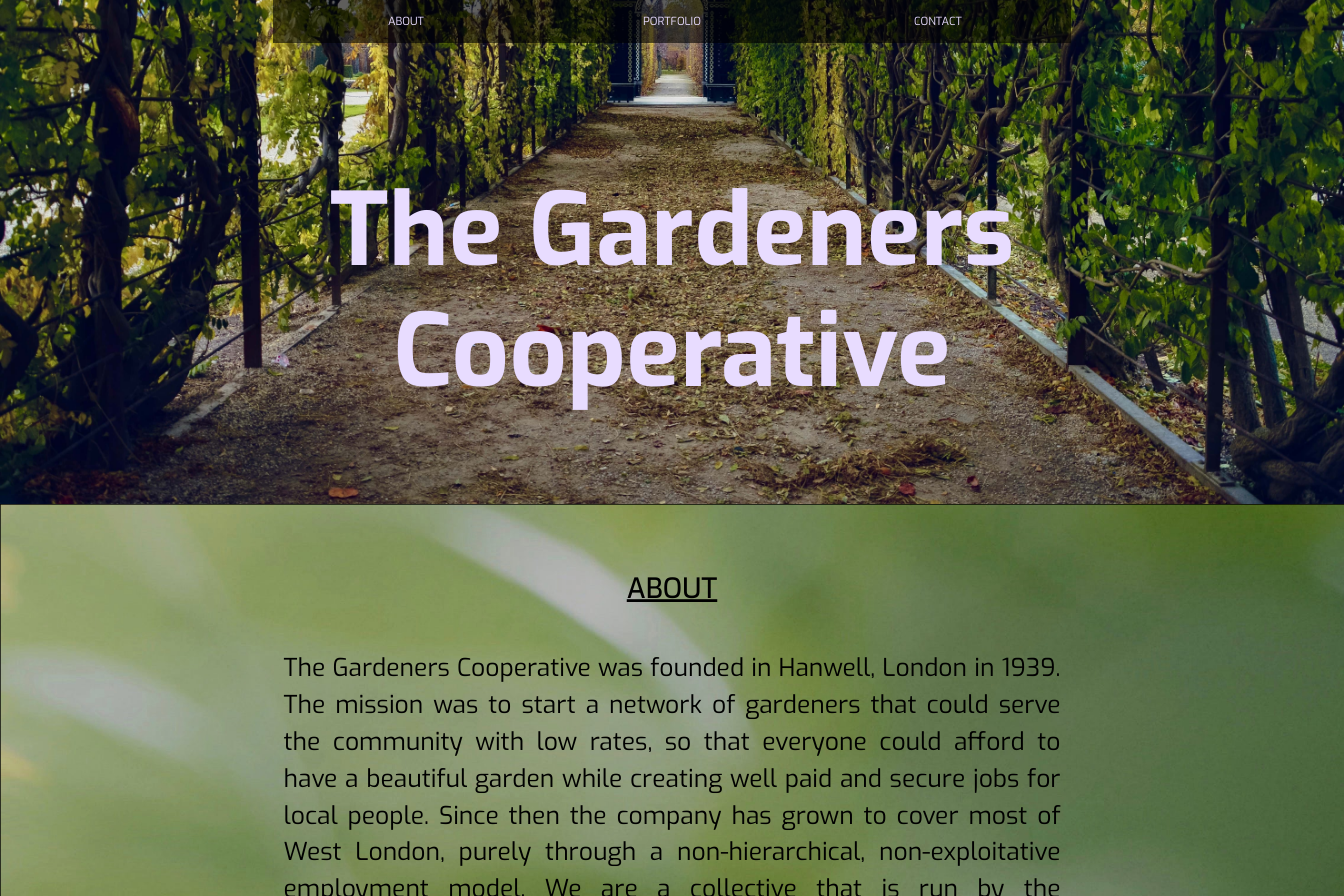
Repository: harrypars0ns/milestone-project
Page: index.html
The author's editor kept a record of every edit. The page is drawn from the files as they stood at one moment, then again after the next edit.
The browser window is 1920 px wide. The pictures show the part of the page from y = 0 to 1280 px (the page is 3371 px tall), at 70% of full size.
Backgrounds fixed to the window are drawn as part of the page.

Above is the page before.

### index.html
<!DOCTYPE html>
<html lang="en">

<head>
    <meta charset="UTF-8">
    <meta name="viewport" content="width=device-width, initial-scale=1.0">
    <meta http-equiv="X-UA-Compatible" content="ie=edge">
    <link rel="stylesheet" href="https://stackpath.bootstrapcdn.com/bootstrap/4.3.1/css/bootstrap.min.css" type="text/css" />
    <link rel="stylesheet" href="https://stackpath.bootstrapcdn.com/font-awesome/4.7.0/css/font-awesome.min.css" type="text/css" />
    <link rel="stylesheet" href="assets/css/style.css" type="text/css" />
    <title>Milestone</title>
</head>

<body>
    <!--NAV&LANDING-->

    <section class="landing">

        <nav class="fixed-top container">
            <div class="row">
                <div class="col-4">
                    <a href="#about">ABOUT</a>
                </div>
                <div class="col-4">
                    <a href="#portfolio">PORTFOLIO</a>
                </div>
                <div class="col-4">
                    <a href="#contact">CONTACT</a>
                </div>
            </div>
        </nav>

    <!--TITLE-->

        <section id="landing" class="view">
            <div class="mask rgba-black-strong">
                <div class="container-fluid d-flex align-items-center justify-content-center h-100">
                    <div class="content row d-flex justify-content-center text-center">
                        <div class="col-md-10 shift">
                            <h2 class="font-weight-bold pt-5 mb-2">The Gardeners Cooperative</h2>
                            <h4>Ealing & Hanwell Landscape Gardeners</h4>
                        </div>
                    </div>
                </div>
            </div>
        </section>
    </section>

    <!--ABOUT, this is a flexible section, this is so it doesnt matter how much content you put in here it will remain responsive.-->

    <div class="about" id="about">

        <section class="info text-center">
            <div class="">
                <h1>ABOUT</h1>
            </div>

            <div class="container">
                <div class="row">
                    <div class="col">
                        <p>The Gardeners Cooperative was founded in Hanwell, London in 1939. The mission was to start a network of gardeners that could serve the community with low rates, so that everyone could afford to have a beautiful garden while creating
                            well paid and secure jobs for local people. Since then the company has grown to cover most of West London, purely through a non-hierarchical, non-exploitative employment model. We are a collective that is run by the community,
                            for the community.</p>
                    </div>
                </div>
            </div>
        </section>

     <!--***BOOTSTRAP-CAROUSEL*** PORTFOLIO, Using a carousel to display more images while taking up less space.-->

        <hr id="portfolio">

        <div class="container-fluid portfolio">
            <div class="text-center">
                <h1>PORTFOLIO</h1>
            </div>
            <div class="portfolio">
                <div id="carouselExampleIndicators" class="carousel slide" data-ride="carousel">
                    <ol class="carousel-indicators">
                        <li data-target="#carouselExampleIndicators" data-slide-to="0" class="active"></li>
                        <li data-target="#carouselExampleIndicators" data-slide-to="1"></li>
                        <li data-target="#carouselExampleIndicators" data-slide-to="2"></li>
                        <li data-target="#carouselExampleIndicators" data-slide-to="3"></li>
                        <li data-target="#carouselExampleIndicators" data-slide-to="4"></li>
                        <li data-target="#carouselExampleIndicators" data-slide-to="5"></li>
                        <li data-target="#carouselExampleIndicators" data-slide-to="6"></li>
                        <li data-target="#carouselExampleIndicators" data-slide-to="7"></li>
                        <li data-target="#carouselExampleIndicators" data-slide-to="8"></li>

                    </ol>
                    <div class="carousel-inner">
                        <div class="carousel-item active">
                            <img class="d-block w-100 responsive" src="assets/images/carousel/carousel-1.jpg" alt="First slide">
                        </div>
                        <div class="carousel-item">
                            <img class="d-block w-100 responsive" src="assets/images/carousel/carousel-2.jpg" alt="Second slide">
                        </div>
                        <div class="carousel-item">
                            <img class="d-block w-100 responsive" src="assets/images/carousel/carousel-3.jpg" alt="Third slide">
                        </div>
                        <div class="carousel-item">
                            <img class="d-block w-100 responsive" src="assets/images/carousel/carousel-4.jpg" alt="Fourth slide">
                        </div>
                        <div class="carousel-item">
                            <img class="d-block w-100 responsive" src="assets/images/carousel/carousel-5.jpg" alt="Fifth slide">
                        </div>
                        <div class="carousel-item">
                            <img class="d-block w-100 responsive" src="assets/images/carousel/carousel-6.jpg" alt="Sixth slide">
                        </div>
                        <div class="carousel-item">
                            <img class="d-block w-100 responsive" src="assets/images/carousel/carousel-7.jpg" alt="Seventh slide">
                        </div>
                        <div class="carousel-item">
                            <img class="d-block w-100 responsive" src="assets/images/carousel/carousel-8.jpg" alt="Eighth slide">
                        </div>
                        <div class="carousel-item">
                            <img class="d-block w-100 responsive" src="assets/images/carousel/carousel-9.jpg" alt="Nninth slide">
                        </div>
                    </div>
                    <a class="carousel-control-prev" href="#carouselExampleIndicators" role="button" data-slide="prev">
                        <span class="carousel-control-prev-icon" aria-hidden="true"></span>
                        <span class="sr-only">Previous</span>
                    </a>
                    <a class="carousel-control-next" href="#carouselExampleIndicators" role="button" data-slide="next">
                    <span class="carousel-control-next-icon" aria-hidden="true"></span>
                    <span class="sr-only">Next</span>
                    </a>
                </div>
            </div>
        </div>
    </div>

    <!--CONTACT-->

    <div class="contact" id="contact">

        <section class="container-fluid">
            <div class="row form-page">
                <div class="col">
                    <div class="contact-info">
                        <h5 class="contact-heading question">Need information, a quote or making an enquiry?</h5>
                        <h2 class="contact-heading">Get in touch</h2>
                    </div>
                    <div class="form">
                        <form>
                            <input type="text" name="name" id="fullname" class="form-control" placeholder="Name" required/>
                            <input type="email" name="email" id="email" class="form-control" placeholder="Email" required/>
                            <textarea rows="5" name="message" id="message" class="form-control" placeholder="Message" required></textarea>
                            <div class="submit">
                                <input id="submit" type="submit" value="Submit" />
                            </div>
                        </form>
                    </div>
                </div>
            </div>
        </section>

    <!--***FONTAWESOME-ICONS*** FOOTER-->

        <footer class="footer" id="footer">
            <a href="#" class="fa inner fa-twitter" target="_blank"></a>
            <a href="#" class="fa inner fa-youtube" target="_blank"></a>
            <a href="#" class="fa inner fa-instagram" target="_blank"></a>
            <a href="#" class="fa inner fa-snapchat-ghost" target="_blank"></a>
            <a href="#" class="fa inner fa-facebook" target="_blank"></a>
        </footer>
    </div>

    <script src="https://code.jquery.com/jquery-3.3.1.slim.min.js" integrity="sha384-q8i/X+965DzO0rT7abK41JStQIAqVgRVzpbzo5smXKp4YfRvH+8abtTE1Pi6jizo" crossorigin="anonymous"></script>
    <script src="https://cdnjs.cloudflare.com/ajax/libs/popper.js/1.14.7/umd/popper.min.js" integrity="sha384-UO2eT0CpHqdSJQ6hJty5KVphtPhzWj9WO1clHTMGa3JDZwrnQq4sF86dIHNDz0W1" crossorigin="anonymous"></script>
    <script src="https://stackpath.bootstrapcdn.com/bootstrap/4.3.1/js/bootstrap.min.js" integrity="sha384-JjSmVgyd0p3pXB1rRibZUAYoIIy6OrQ6VrjIEaFf/nJGzIxFDsf4x0xIM+B07jRM" crossorigin="anonymous"></script>

</body>
</html>

### assets/css/style.css
@import url('https://fonts.googleapis.com/css?family=Roboto:100,100i,300,300i,400,400i,500,500i,700&display=swap');
@import url('https://fonts.googleapis.com/css?family=Exo:100,200,300,400,500,600,700&display=swap');



/*----------------------------------------- LANDING*/

.landing {
    background-image: url('../images/landing-background.jpg');
    height: 100%;
    background-attachment: fixed;
    background-position: bottom;
    background-repeat: no-repeat;
    background-size: cover;
    border: 0px;
    z-index: 1;
    padding-bottom: 10%;

}


body {
    padding: 0;
    background: black;
}

html,
body,
header,
#intro {
    height: 100%;
    width: 100%;
    color: #e8dcff;


}






.content {
    margin-top: 12%;
    font-family: 'Exo', sans-serif;


}

h2 {
    font-size: 3em;
}

h4 {
    padding-top: 50%;
}




/*.btn-outline {*/
/*    color: #e8dcff;*/
/*    margin-top: 5%;*/
/*}*/

/*.btn-outline:hover {*/
/*    color: rgba(112, 241, 146, 0.9);*/
/*}*/


/*-------------------------------------------------------NAV*/

nav {
    color: #e8dcff;
    text-align: center;
    font-family: 'Exo', sans-serif;
    padding: 1%;
    background: rgba(0, 0, 0, 0.6);
    background-clip: padding-box;
    /*width: 100%;*/
}

nav a {
    color: #e8dcff;
    text-decoration: none;

}



nav a:hover {
    color: #e8dcff;
    right: 0;
    text-decoration: none;
}

nav a:hover:after {
    border-color: #e8dcff;
    right: 0;
}

nav a:after {
    border-radius: 1em;
    border-top: .1em solid #e8dcff;
    content: "";
    position: absolute;
    right: 100%;
    bottom: .14em;
    left: 0;
    transition: right .4s cubic-bezier(0, .5, 0, 1),
    border-color .4s ease-out;
}

nav a:hover:after {
    right: 0;
}





.no-padding {
    padding: 0 !important;
}




/*----------------------------------------- ABOUT*/

.about {

    background-image: url('../images/about-background.jpg');

    /*background-position: center;*/
    background-repeat: no-repeat;

    background-size: cover;

    border: 0.1px solid rgba(0, 0, 0, 0);

}




.info {


    font-family: "Exo", sans-serif;

    color: #000000;

    margin-top: 15%;

}

.info h1 {


    text-decoration: underline;

}

.info p {

    font-size: 1em;

    padding-top: 5%;

    text-align: justify;


}

/*----------------------------------------- portfolio*/

#portfolio {
    margin-bottom: 55px;
}

.portfolio {
    font-family: "Exo", sans-serif;

    color: #000000;



    margin-top: 1em;

    text-decoration: underline;
}



.carousel {
    margin-bottom: 40px;

}



/*----------------------------------------- CONTACT*/

.contact {

    background-image: url('../images/contact-background.jpg');
    background-attachment: fixed;
    background-repeat: no-repeat;
    background-size: cover;

}

.contact-info {
    font-family: "Exo", sans-serif;
    text-align: center;
    /*color: #e8dcff;*/
    color: #252129;


    margin-top: 3em;
    margin-bottom: 20px;

}

/*.contact-info h4 {*/

/*    text-decoration: uppercase;*/

/*}*/

.form {
    margin-bottom: 7%;


}

#submit {
    font-family: 'Exo', sans-serif;
    font-size: 150%;
    border: 1px solid #e8dcff;
    border-radius: 50px 50px;
    padding: 0px 30px;
}

.submit {
    text-align: center;
    padding-top: 30px;


}

/*-----------------------------------------ICONS/FOOTER*/

.footer {
    text-align: center;
    padding-bottom: 30px;
    /*padding-bottom: -10px;*/
}

.iconwrappper {}

.icon {
    display: inline-block;
    text-align: center;


}



.fa {
    padding-top: 5px;
    font-size: 30px;
    height: 40px;
    width: 40px;
    text-align: center;
    text-decoration: none;
    border-radius: 50%;
    background: #fff;
    color: white;
    opacity: 0.5;
}

.fa:hover {
    opacity: 0.9;
    text-decoration: none;
    color: #000;
}

.inner {
    padding-left: 1px;
    color: #000;
}

.fa-youtube {
    padding-right: 1px;

}

/*--------------------------------------------MEDIA Queries */
@media (min-height: 750px) {
    h4 {
        margin-top: 70%;
    }
}
@media (max-height: 500px) {
    .btn {
        margin-top: 0px;
    }
    h4 {
        margin-top: 0%;
        padding-top: 0%;
    }
}
@media (max-width: 1000px) {
    .info p {
        font-size: 21px;
    }
}
@media (min-width: 600px) {
    h4 {
        padding-top: 0px;
    }
    .info {
        margin-top: 5%;
    }
}
@media (min-width: 1000px) {
    h4 {
        margin-top: 50%;
    }
    .info {
        font-size: 2.2em;
    }
    .portfolio h2 {
        padding-top: 50px;
    }
    .carousel {
        padding: 30px 120px;
    }
    .contact-info {
        margin-top: 10%;
    }
       .shift {
        position: relative;
        bottom: 30px;
    }
}
@media (min-width: 1000px) and (max-width: 1265px) {
    .shift{
       font-size: 2em;
    }
     .shift h4{
        font-size: 2em;
        margin-top: 30%;
    }
}
@media (min-width: 1000px) and (max-width: 1268px) and (max-height: 800px){
    .shift h4{
        font-size: 1.5em;
        margin-top: 12%;
    }
}
@media (min-width: 1300px) and (max-width: 1799px) {

    .shift {
        font-size: 2em;
    }

    .shift, h4 {
        font-size: 1.5em;
        margin-top: 12%;
    }

    .form {
        padding-right: 250px;
        padding-left: 250px
    }
}

@media (min-width: 1800px) {
     .shift {
        font-size: 3em;
    }
}

After the next edit:
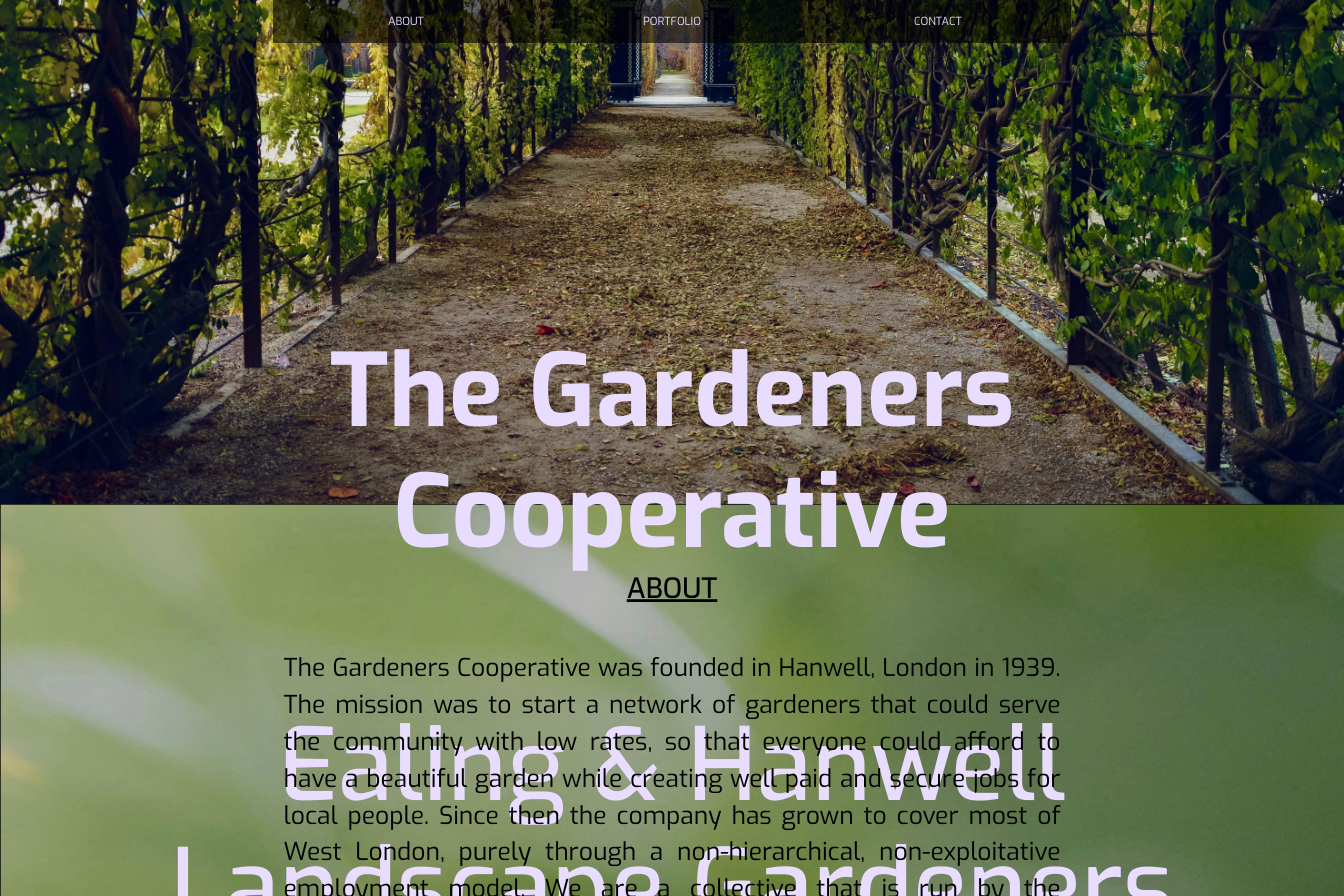
The edit:
--- a/assets/css/style.css
+++ b/assets/css/style.css
@@ -383,4 +383,10 @@
      .shift {
         font-size: 3em;
     }
-}
+    .shift, h4 {
+        font-size: 3em;
+        margin-top: 12%;
+    }
+
+
+}
